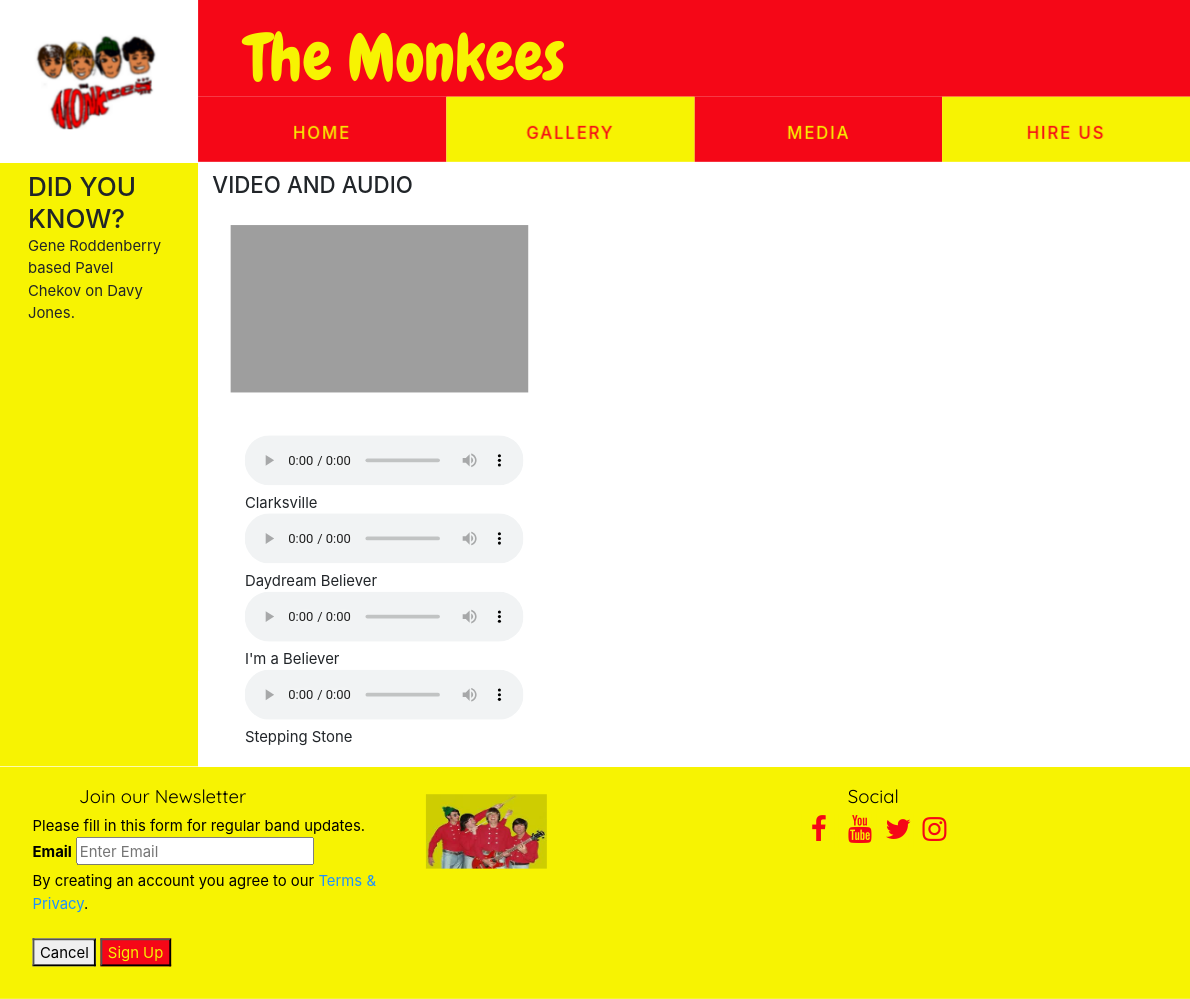
Repository: marcopolomt/monkees
Page: media.html
The author's editor kept a record of every edit. The page is drawn from the files as they stood at one moment, then again after the next edit.
The browser window is 1280 px wide. The pictures show the whole page, at 93% of full size.
Pictures or frames that could not be fetched are drawn as grey boxes.

Above is the page before.

### media.html
<!DOCTYPE html>
<html lang="en">

<head>
    <meta charset="UTF-8">
    <meta name="viewport" content="width=device-width, initial-scale=1.0">
    <meta http-equiv="X-UA-Compatible" content="ie=edge">
    <link rel="stylesheet" href="https://stackpath.bootstrapcdn.com/bootstrap/4.3.1/css/bootstrap.min.css" type="text/css" />
    <link rel="stylesheet" href="https://stackpath.bootstrapcdn.com/font-awesome/4.7.0/css/font-awesome.min.css" type="text/css" />
    <link rel="stylesheet" href="https://cdnjs.cloudflare.com/ajax/libs/hover.css/2.3.1/css/hover-min.css" type="text/css" />
    <link rel="stylesheet" href="assets/css/style.css" type="text/css" />
    <title>The Monkees</title>
</head>

<body>
    <header>
        <div class="row no-gutters">
            <a href="index.html" class="col-md-2 logo">

            </a>
            <div class="col-md-10">
                <div class="row no-gutters bg-color-name-title">
                    <div class="col heading">
                        <h1 class="name">The Monkees</h1>
                    </div>
                </div>
                <div class="row no-gutters">
                    <div class="col">
                        <ul id="nav" class="list-inline menucontainer">
                            <li class="col-6 col-sm-3 ui-menu-color-home list-inline-item menuitem1">
                                <a href="index.html" class="hvr-glow"><span>Home</span></a>
                            </li>
                            <li class="col-6 col-sm-3 ui-menu-color-gallery list-inline-item menuitem2">
                                <a href="gallery.html" class="hvr-glow"><span>Gallery</span></a>
                            </li>
                            <li class="col-6 col-sm-3 ui-menu-color-home list-inline-item menuitem1">
                                <a href="media.html" class="hvr-glow"><span>Media</span></a>
                            </li>
                            <li class="col-6 col-sm-3 ui-menu-color-gallery list-inline-item menuitem2">
                                <a href="contact.html" class="hvr-glow"><span>Hire us</span></a>
                            </li>
                        </ul>
                    </div>
                </div>

            </div>
        </div>

    </header>
    <section class="container-fluid">
        <div class="row">
            <div class="col-xs-12 col-sm-12 col-md-2 border-home side-content section-column">
                <h3 class="main-heading uppercase">Did you know?</h3>
                <p>
                    Gene Roddenberry based Pavel Chekov on Davy Jones.
                </p>
            </div>
            <div class="col-xs-12 col-sm-12 col-md-10 home-main-content">
                <h4 class="main-heading uppercase">Video and Audio</h4>
                <!-- for some reason this video doesn't seem to want to work so embedded a youtube clip instead. i think it is too large.
        <video width="640" height="360" controls>
  <source src="../assets/video/TheMonkees.mp4" type="video/mp4">
Your browser does not support the video tag.
</video>
-->
                <div class="youtube">
                    <iframe width="320" height="180" src="https://www.youtube.com/embed/AKs43dHBSWA" frameborder="0" allow="accelerometer; autoplay; encrypted-media; gyroscope; picture-in-picture" allowfullscreen></iframe>

</div>
                <div class="musicbox">
                    <div class="col">
                        <audio controls>
  <source src="./assets/audio/Clarksville.mp3" type="audio/mpeg">
Your browser does not support the audio element.
</audio><br>Clarksville

                        <br>
                        <div class="audio">
                            <audio controls>
    <source src="./assets/audio/DaydreamBeliever.mp3" type="audio/mpeg">
Your browser does not support the audio element.
</audio><br>Daydream Believer

                            <br>

                            <audio controls>
      <source src="./assets/audio/ImABeliever.mp3" type="audio/mpeg">
Your browser does not support the audio element.
</audio><br>I'm a Believer

                            <br>

                            <audio controls>
        <source src="./assets/audio/SteppingStone.mp3" type="audio/mpeg">
Your browser does not support the audio element.
</audio><br>Stepping Stone

                    </div>

    </section>
    <footer class="container-fluid">
        <div id="footer-details" class="row">
            <div class="col-sm-4">

                <h5 class="general-sub">Join our Newsletter</h5>

                <div class="newsletter">
                    Please fill in this form for regular band updates.


                    <label for="email"><b>Email</b></label>
                    <input type="text" placeholder="Enter Email" name="email" required>
                    <p>By creating an account you agree to our <a href="#" style="color:dodgerblue">Terms & Privacy</a>.</p>
                    <div class="clearfix">
                        <button type="button" class="cancelbtn">Cancel</button>
                        <button type="submit" class="signupbtn">Sign Up</button>

                    </div>
                </div>
                </form>
            </div>
            <div class="col-sm-4">
                <img src="assets/images/cover1.jpg" alt="the band" width="150" height="100">
            </div>
            <div class="col-sm-4">
                <h5 class="general-sub">Social</h5>
                <ul class="list-inline social-links">
                    <li class="list-inline-item">
                        <a target="_blank" href="#">
                        <i class="fa fa-facebook" aria-hidden="true"></i>
                        <span class="sr-only">Facebook</span>
                    </a>
                    </li>
                    <li class="list-inline-item">
                        <a target="_blank" href="#">
                        <i class="fa fa-youtube" aria-hidden="true"></i>
                        <span class="sr-only">Youtube</span>
                    </a>
                    </li>
                    <li class="list-inline-item">
                        <a target="_blank" href="#">
                        <i class="fa fa-twitter" aria-hidden="true"></i>
                        <span class="sr-only">Twitter</span>
                    </a>
                    </li>
                    <li class="list-inline-item">
                        <a target="_blank" href="#">
                        <i class="fa fa-instagram" aria-hidden="true"></i>
                        <span class="sr-only">Instagram</span>
                    </a>
                    </li>
                </ul>
            </div>
        </div>
    </footer>

</body>

</html>

### assets/css/style.css
@import url('https://fonts.googleapis.com/css?family=Chewy|Quicksand&display=swap');


/*-----------------colours--------------*/

.bg-color-name-title {
    background-color: #f50717
}

.home-main-content {
    background-color: #fff;

}

.bg-color-timeline {
    background-color: white;
}

.bg-color-contact {
    background-color: #fff;
}

.ui-menu-color-home {
    background-color: #f50717;
    font-color: #f7f302;
}

.ui-menu-color-gallery {
    background-color: #f7f302;
    font-color: #f50717;
}

.side-content {
    background-color: #f7f302;

}


/*-----------------special paddings/margins/text--------------*/

h1,
h2,
h3 {
    margin: 0;
}

h5 {
    margin-left: 5px
}

.uppercase {
    text-transform: uppercase;
}

.general-sub {
    font-family: "Quicksand", sans-serif;
    font-weight: 300;
    color: black;
    margin-left: 50px;
}

.row-table {
    display: table;
}

.section-column {
    display: table-cell;
    padding: 0 30px 30px;
    float: none;
}

.section-heading {
    font-family: "Quicksand", sans-serif;
    font-weight: 300;
    margin-top: 25px;
    margin-bottom: 40px;
}

.row-table {
    display: table;
}

.section-column {
    display: table-cell;
    padding: 0 30px 30px;
    float: none;
}

.section-heading {
    font-family: "Quicksand", sans-serif;
    font-weight: 300;
    margin-top: 25px;
    margin-bottom: 40px;
}

.main-heading {
    margin-top: 10px;
}

img {
    padding: 10px;
}
.musicbox {
    padding: 20px;
}

.youtube {
    padding: 20px;

}

/*-----------------heading--------------*/

header {
    margin: 0;
}

.heading {
    margin-left: 50px
}

.logo {
    background: url("../images/cover2.png");
    background-position: center;
    background-repeat: no-repeat;
    background-size: 200;
    min-height: 175px;
    transition: all 1s ease-in-out;
    -moz-transition: all 1s ease-in-out;
    -webkit-transition: all 1s ease-in-out;
}

.name {
    font-family: "Chewy", comic-sans ms;
    font-weight: 100;
    font-size: 70px;
    margin-top: 20px;
    color: #f7f302;
}

.list-inline-item:not(:last-child) {
    margin: 0;
}

.menucontainer {
    font-size: 0;
}

#nav {
    margin: 0;
}

#nav li {
    font-size: 14px;
    padding: 0;
}

.menuitem1,
.menuitem2 {
    height: 70px;
    text-align: center;
    padding: 20px;
    font-size: 30px;
}

.menuitem1 a {
    width: 100%;
    text-decoration: none;
    color: #f7f302;
    height: 70px;
}

.menuitem2 a {
    width: 100%;
    text-decoration: none;
    color: #f50717;
    height: 70px;
}

.menuitem1 span,
.menuitem2 span {
    display: block;
    width: 100%;
    padding-top: 25px;
    text-align: center;
    text-transform: uppercase;
    font-size: 18px;
    font-weight: 500;
    letter-spacing: 2px;
}



/*-----------------hover.css--------------*/

.hvr-glow:hover {
    background: rgba(0, 10, 10, 0.2);
    height: 70px;
}

/*-----------------footer--------------*/

footer {
    background-color: #f7f302;
    color: black;
    min-height: 120px;
    margin: 0;
}

.social-links {
    font-size: 18px;
    padding-bottom: 15px;
}

.social-links li a i {
    width: 35px;
    height: 35px;
    padding: 10px;
    font-size: 30px;
    line-height: 10px;
    text-align: center;
    color: #f50717;
    background: #f7f302;
    transition: all 0.5s ease-in-out;
    -moz-transition: all 0.5s ease-in-out;
    -webkit-transition: all 0.5s ease-in-out;
    -o-transition: all 0.5s ease-in-out;
}

.social-links li a i:hover {
    display: inline-block;
    vertical-align: middle;
    transform: translateZ(0);
    box-shadow: 0 0 1px rgba(0, 0, 0, 0);
    backface-visibility: hidden;
    -moz-osx-font-smoothing: grayscale;
    transition-duration: 0.2s;
    transition-property: transform;
}

.social-links li a i:hover,
.social-links li a i:focus,
.social-links li a i:active {
    transform: scale(1.3);
}

#footer-details {
    padding: 20px;
}

/*-----------------contact form--------------*/

.contact-heading {
    font-family: "Quicksand", sans-serif;
    font-weight: 300;
    margin-top: 25px;
    margin-bottom: 20px;
}

.center-form {
    padding-top: 10px;
    margin: 0 auto;
    max-width: 70%;
}

button[type="submit"] {
    margin-top: 10px;
    margin-bottom: 15px;
    color: #f7f302;
    background-color: #f50717;
}

.btn:hover {
    background-color: #f7f302;
    color: #f50717;


    div.gallery {
        border: 1px solid #ccc;
    }

    div.gallery:hover {
        border: 1px solid #777;
    }

    div.gallery img {
        width: 100%;
        height: auto;
    }

    div.desc {
        padding: 15px;
        text-align: center;
    }

    * {
        box-sizing: border-box;
    }

    .responsive {
        padding: 0 6px;
        float: left;
        width: 24.99999%;
    }

    @media only screen and (max-width: 700px) {
        .responsive {
            width: 49.99999%;
            margin: 6px 0;
        }
    }

    @media only screen and (max-width: 500px) {
        .responsive {
            width: 100%;
        }
    }

    .clearfix:after {
        content: "";
        display: table;
        clear: both;
    }

    /*-----------------music and video--------------*/
    .musicbox {
        margin: 10%;
        Padding: 30%;
        max-width: 70%;
    }

    .youtube {
        margin: 10%;
        Padding: 30%;
        max-width: 70%;
    }

    /*-----------------media queries--------------*/
    @media(min-width: 992px) {
        .center-form {
            padding-top: 20px;
            min-height: 240px;
            margin: 0 auto;
            max-width: 50%;
        }

        /*-----------------sidebar--------------*/
        .main-heading uppercase {
            margin-bottom: 25px;
            margin-top: 20px;
        }

    background: url(../assets/images/monkees.jpg);
  opacity: 0.5;
  top: 0;
  left: 0;
  bottom: 0;
  right: 0;
  position: absolute;
  z-index: 0;
}

After the next edit:
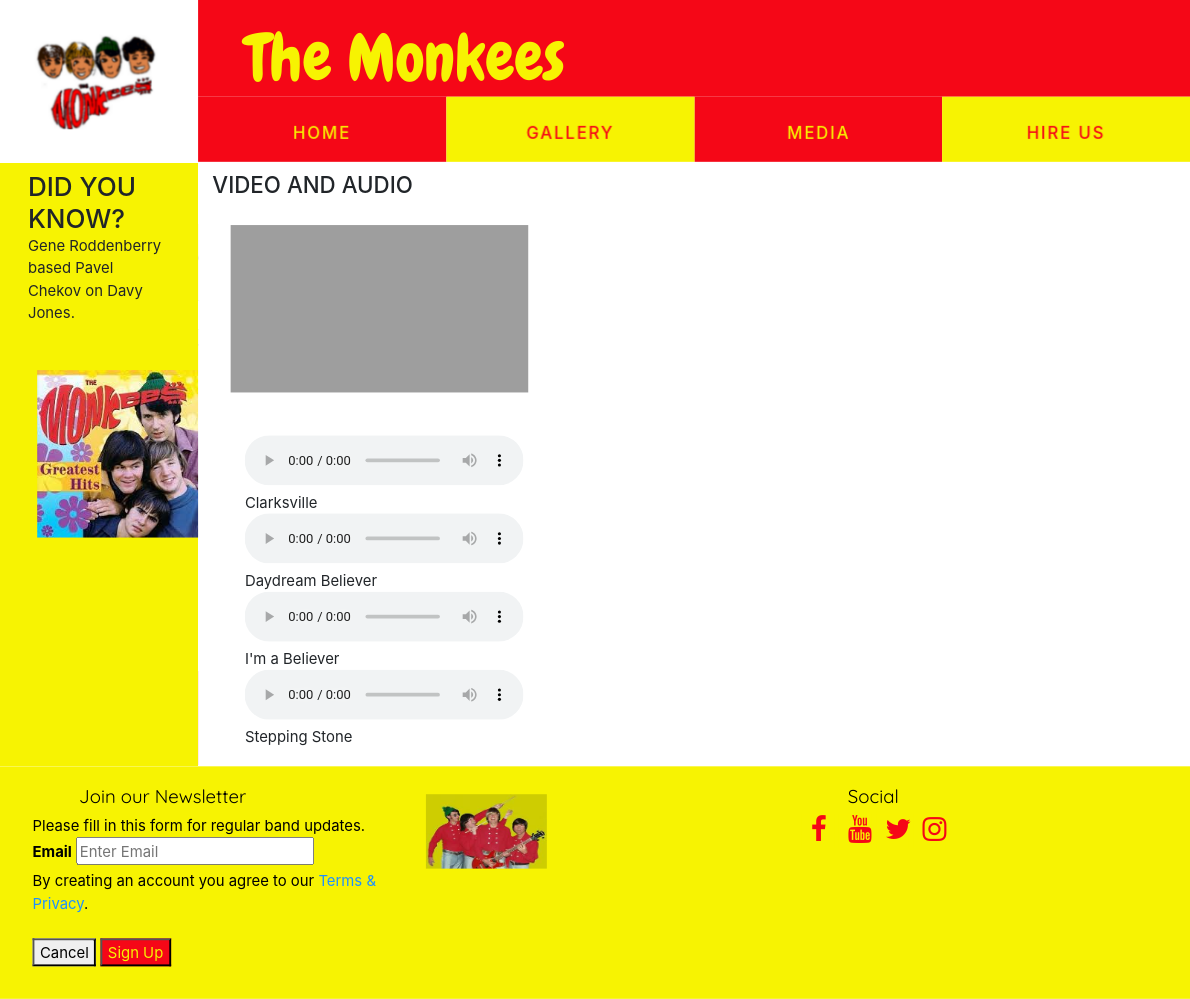
The edit:
--- a/media.html
+++ b/media.html
@@ -54,6 +54,8 @@
                 <p>
                     Gene Roddenberry based Pavel Chekov on Davy Jones.
                 </p>
+                <br>
+                <img src="./assets/images/cover.jpg" alt="cover" height="200" width="200">
             </div>
             <div class="col-xs-12 col-sm-12 col-md-10 home-main-content">
                 <h4 class="main-heading uppercase">Video and Audio</h4>
